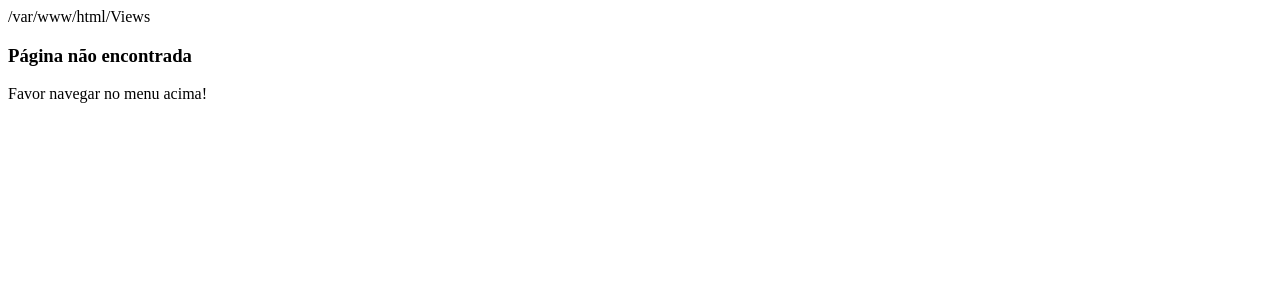
Repository: 89MarcosVasconcelos/Traits-PHP
Page: http://localhost/Views/404.phtml
An editor plug-in stored every save of this project. The page is shown before and after the next save, followed by the edit.
The browser window is 1280 px wide. The pictures show the whole page.
The page is run by PHP 8.4 with error messages shown; the project is at /var/www/html/.

Above is the page before, as saved 2020-05-13 16:12:27.

### termenge/Views/404.phtml
<?php
//require VIEWS_PATH. 'includes/header.phtml';
echo __DIR__;
?>

<div class="container">

<div class="jumbotron">
<h3>
Página não encontrada
</h3>
</div>

<p>Favor navegar no menu acima!</p>
</a></div>

After the next save:
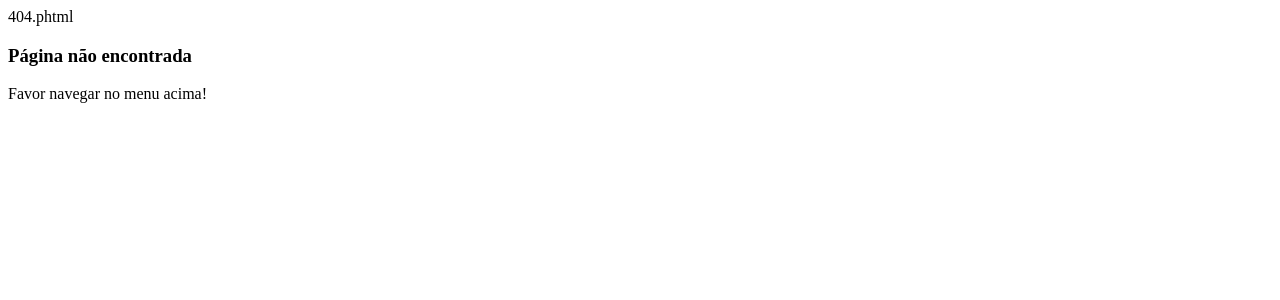
Saved 64 s later.
--- a/termenge/Views/404.phtml
+++ b/termenge/Views/404.phtml
@@ -1,6 +1,6 @@
 <?php
 //require VIEWS_PATH. 'includes/header.phtml';
-echo __DIR__;
+echo basename($_SERVER['PHP_SELF'],'.php');
 ?>
 
 <div class="container">
